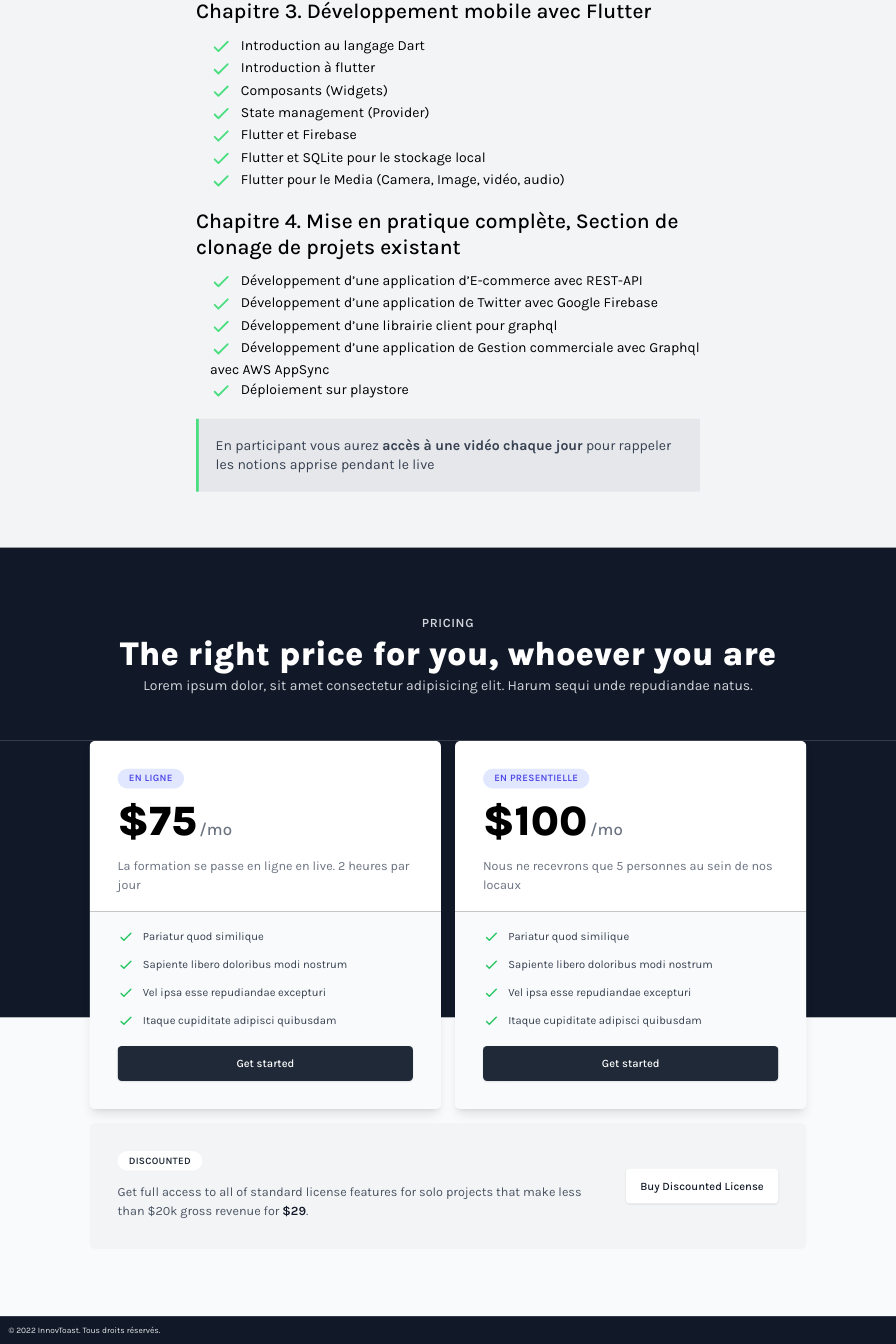
Repository: alfredlwanzo/course
Page: /
An editor plug-in stored every save of this project. The page is shown before and after the next save, followed by the edit.
The browser window is 1280 px wide. The pictures show the part of the page from y = 1706 to 3626 px (the page is 3626 px tall), at 70% of full size.
The project was rebuilt for these pictures with package versions that can differ from the ones it lists, and the page was loaded fresh each time. The framework's server and built-in components were replaced by stand-ins that run in the browser. Also part of the build but not shown: next.config.js.

Above is the page before, as saved 2022-08-09 12:35:51.

After the next save:
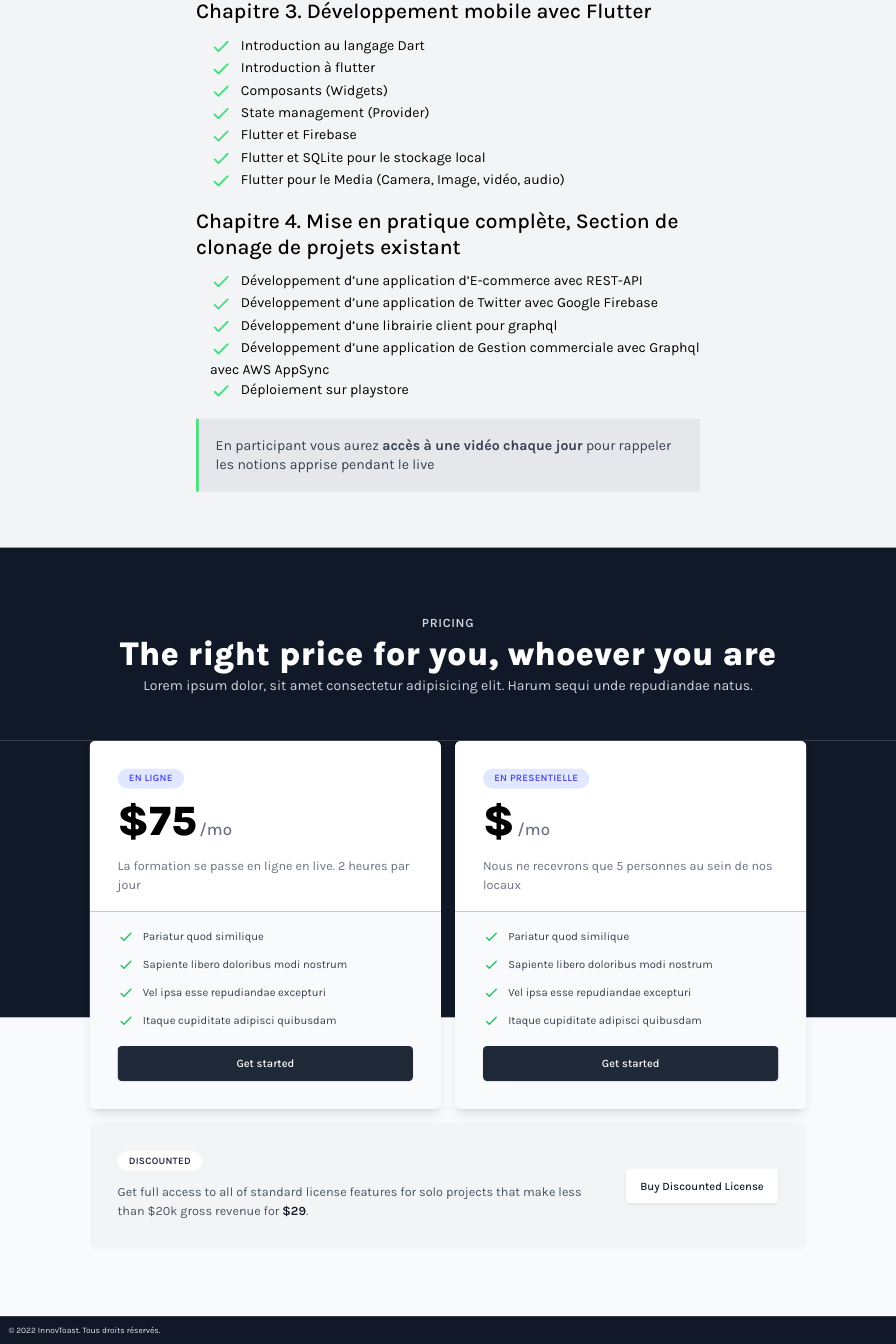
Saved 2 min 38 s later.
--- a/src/components/sections/Pricing.tsx
+++ b/src/components/sections/Pricing.tsx
@@ -4,7 +4,7 @@
   {
     name: 'En ligne',
     href: '#',
-    priceMonthly: 75,
+    price: 75,
     description: "La formation se passe en ligne en live.  2 heures par jour",
     features: [
       'Pariatur quod similique',
@@ -60,7 +60,7 @@
                       </h3>
                     </div>
                     <div className="mt-4 flex items-baseline text-6xl font-extrabold">
-                      ${tier.priceMonthly}
+                      ${tier.price}
                       <span className="ml-1 text-2xl font-medium text-gray-500">/mo</span>
                     </div>
                     <p className="mt-5 text-lg text-gray-500">{tier.description}</p>

After the save that followed:
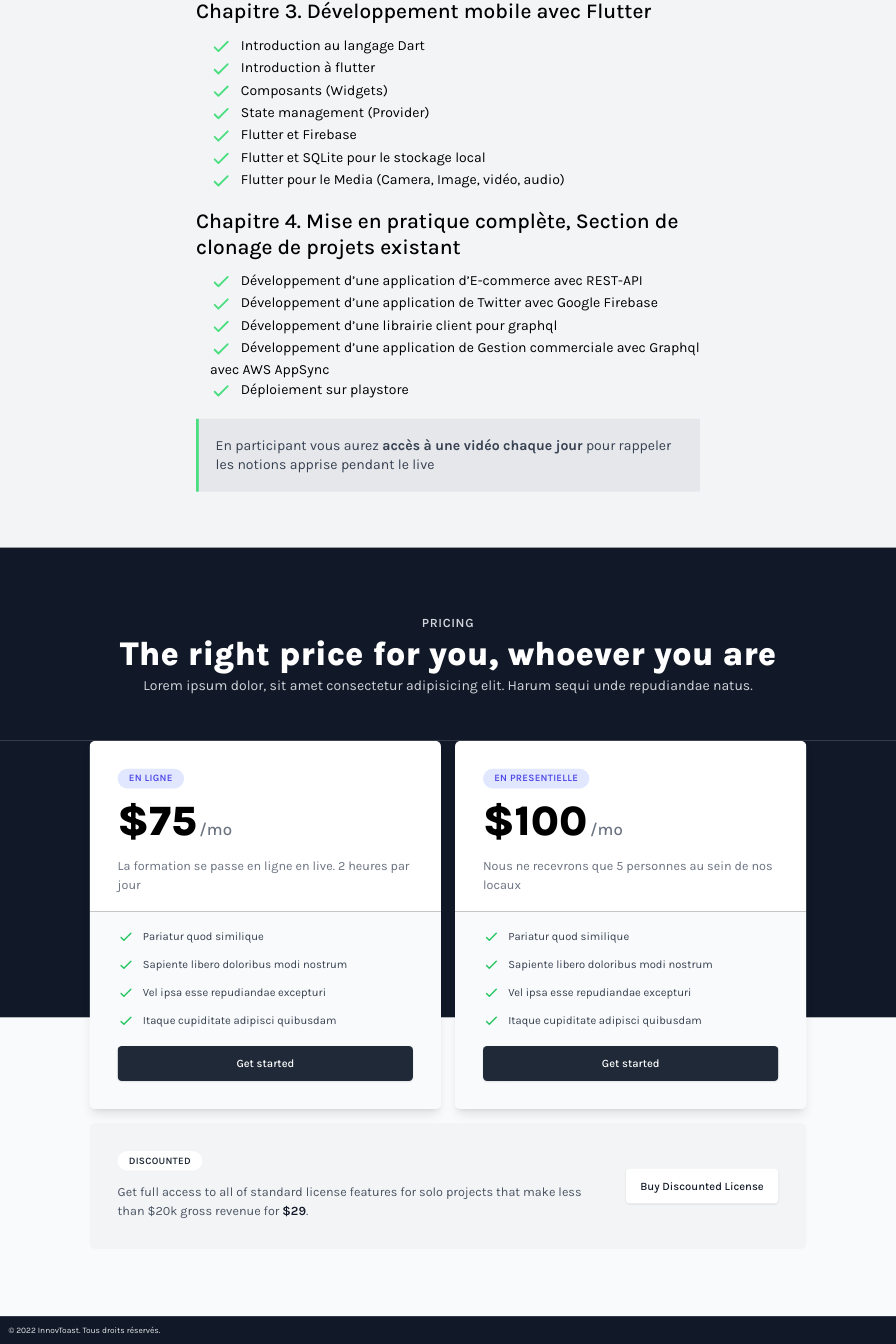
Saved 26 s later.
--- a/src/components/sections/Pricing.tsx
+++ b/src/components/sections/Pricing.tsx
@@ -16,7 +16,7 @@
   {
     name: 'En presentielle',
     href: '#',
-    priceMonthly: 100,
+    price: 100,
     description: 'Nous ne recevrons que 5 personnes au sein de nos locaux',
     features: [
       'Pariatur quod similique',
